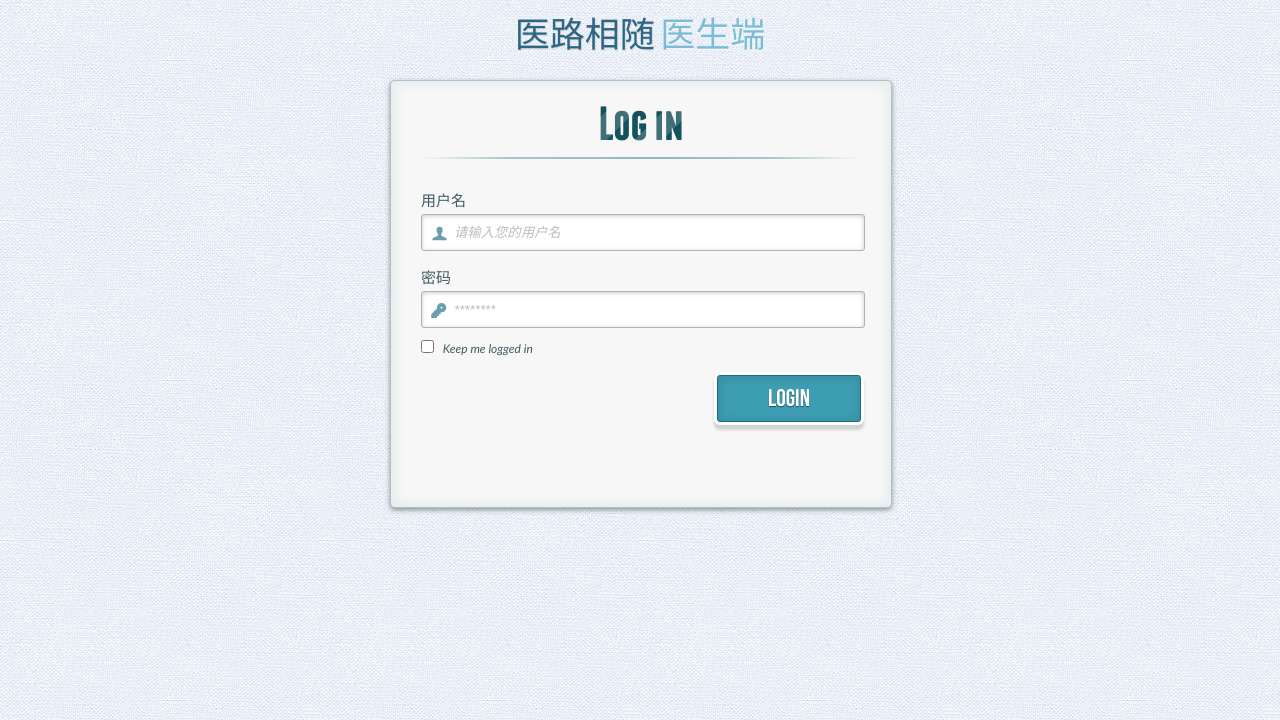
Repository: guwenyu2007/Dr.WithYouWebServer
Page: http://localhost/DrWithYou/login.jsp
An editor plug-in stored every save of this project. The page is shown before and after the next save, followed by the edit.
The browser window is 1280 px wide. The pictures show the whole page.
The page is served by Tomcat 9.

Above is the page before, as saved 2017-04-19 03:08:58.
Not found: DrWithYou/DrWithYou/css/animate-custom.css

After the next save:
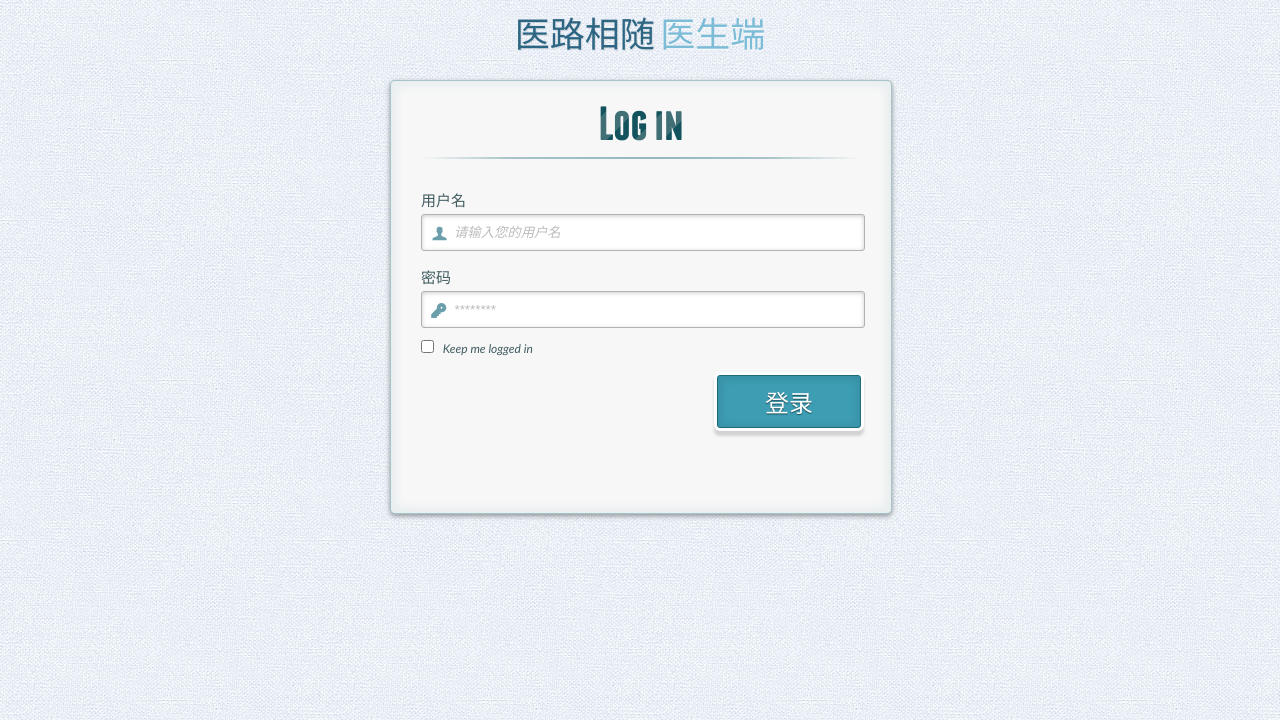
Saved 37 s later.
--- a/DrWithYou/WebContent/login.jsp
+++ b/DrWithYou/WebContent/login.jsp
@@ -51,7 +51,7 @@
                         </p>
 
                         <p href="bingren.html" class="login button">
-                            <input type="submit" value="Login" />
+                            <input type="submit" value="登录" />
                         </p>
 
                     </form>
